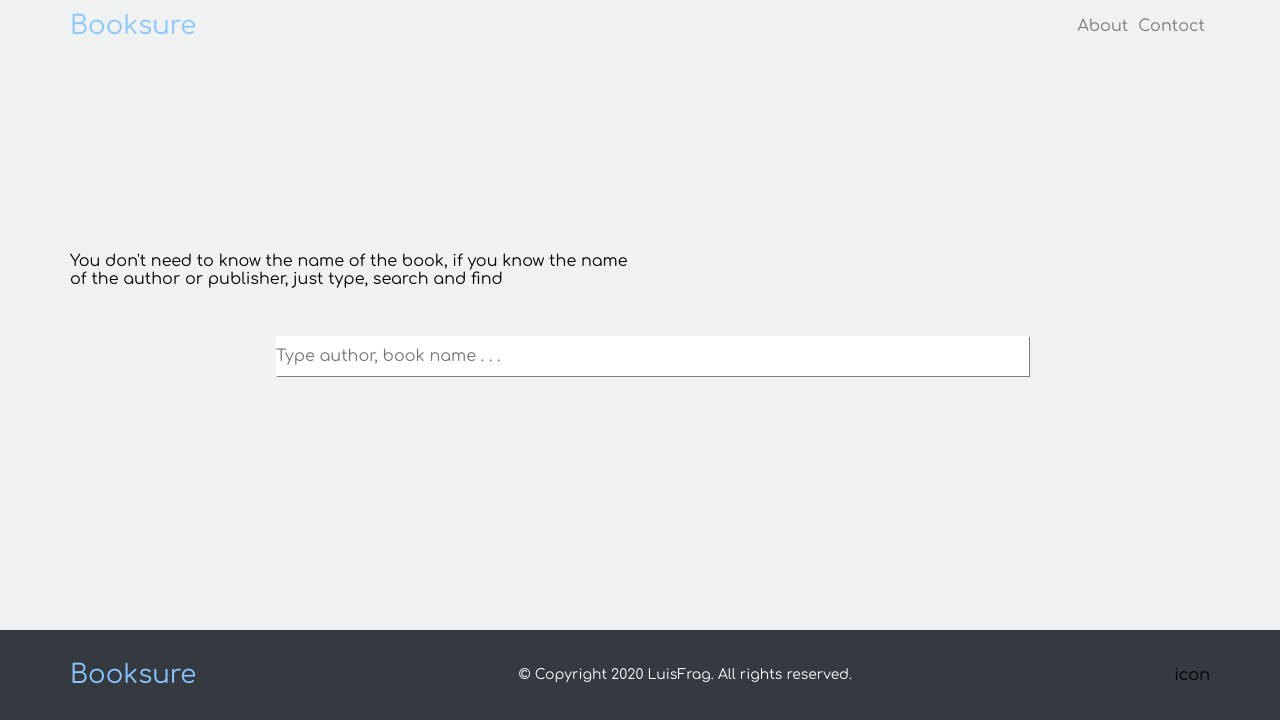
Repository: changesxxx/searchBooks
Page: /search
The author's editor kept a copy of each file at every save. The page is drawn from the files as they stood at one save, then again after the next save.
The browser window is 1280 px wide. The pictures show the whole page.
The project was rebuilt for these pictures with package versions that can differ from the ones it lists, and the page was loaded fresh each time. Also part of the build but not shown: craco.config.js.

Above is the page before, as saved 2024-06-24 17:52:23.

### public/index.html
<!DOCTYPE html>
<html lang="en">

<head>
  <meta charset="utf-8" />
  <link rel="icon" href="%PUBLIC_URL%/favicon.ico" />
  <meta name="viewport" content="width=device-width, initial-scale=1" />
  <meta name="theme-color" content="#000000" />
  <meta name="description" content="Web site created using create-react-app" />
  <link rel="apple-touch-icon" href="%PUBLIC_URL%/logo192.png" />
  <!--
      manifest.json provides metadata used when your web app is installed on a
      user's mobile device or desktop. See https://developers.google.com/web/fundamentals/web-app-manifest/
    -->
  <link rel="manifest" href="%PUBLIC_URL%/manifest.json" />
  <!--
      Notice the use of %PUBLIC_URL% in the tags above.
      It will be replaced with the URL of the `public` folder during the build.
      Only files inside the `public` folder can be referenced from the HTML.

      Unlike "/favicon.ico" or "favicon.ico", "%PUBLIC_URL%/favicon.ico" will
      work correctly both with client-side routing and a non-root public URL.
      Learn how to configure a non-root public URL by running `npm run build`.
    -->
  <title>SearchBooks</title>
</head>

<body>
  <noscript>You need to enable JavaScript to run this app.</noscript>
  <div id="root"></div>
  <!--
      This HTML file is a template.
      If you open it directly in the browser, you will see an empty page.

      You can add webfonts, meta tags, or analytics to this file.
      The build step will place the bundled scripts into the <body> tag.

      To begin the development, run `npm start` or `yarn start`.
      To create a production bundle, use `npm run build` or `yarn build`.
    -->
</body>

</html>

### src/index.js
import React from 'react'

import ReactDOM from 'react-dom/client'

//router
import { BrowserRouter } from 'react-router-dom'

//css重置
import 'normalize.css'
import '@/assets/css/index.css'

import App from './App.jsx'

const root = ReactDOM.createRoot(document.getElementById('root'))

root.render(
  <BrowserRouter>
    <App />
  </BrowserRouter>,
)

### src/assets/css/index.css
@import './reset.css';
@import './common.css';

### src/App.jsx
import React, { memo, useEffect, useState, Suspense } from 'react'
import { useRoutes, useLocation } from 'react-router-dom'
import routes from '@/router'

import PageHeader from './components/pageHeader/PageHeader'
import PageFooter from './components/pageFooter/PageFooter'

const App = memo(() => {
  const [flag, setFlag] = useState(true)

  const location = useLocation()

  useEffect(() => {
    const isExistence = routes.some((route) => location.pathname === route.path)
    setFlag(isExistence)
  }, [location])

  return (
    <Suspense>
      <div
        style={{ display: 'flex', flexDirection: 'column', height: '100vh' }}
      >
        {flag && <PageHeader></PageHeader>}
        {useRoutes(routes)}
        {flag && <PageFooter></PageFooter>}
      </div>
    </Suspense>
  )
})

export default App

### src/assets/css/reset.css
/* 样式的重置 */
body,
html,
h1,
h2,
h3,
h4,
h5,
h6,
ul,
ol,
li,
dl,
dt,
dd,
header,
menu,
section,
p,
input,
td,
th,
ins {
  padding: 0;
  margin: 0;
}

ul,
ol,
li {
  list-style: none;
}

a {
  text-decoration: none;
  color: #666;
}

a:hover {
  color: #666;
  text-decoration: underline;
}

i,
em {
  font-style: normal;
}

input,
textarea,
button,
select,
a {
  outline: none;
  border: none;
}

table {
  border-collapse: collapse;
  border-spacing: 0;
}

img {
  border: none;
  vertical-align: middle;
}

### src/assets/css/common.css
body {
  background-color: #eff2f1;
  font-family: Comfortaa-Regular;
}

@font-face {
  font-family: Comfoorta-Bold;
  src: url('../font/Comfortaa-Bold.ttf');
}

@font-face {
  font-family: Comfortaa-Regular;
  src: url('../font/Comfortaa-Regular.ttf');
}

@font-face {
  font-family: Comfortaa-Light;
  src: url('../font/Comfortaa-Light.ttf');
}

.content_mid {
  width: 1140px;
  margin: 0 auto;
}

### src/router/index.js
import React from 'react'
import { Navigate } from 'react-router-dom'

//组件
const Home = React.lazy(() => import('@/view/home/Home'))
const Search = React.lazy(() => import('@/view/search/Search'))
const Error = React.lazy(() => import('@/view/error/Error'))

const routes = [
  {
    path: '/',
    element: <Navigate to="/home"></Navigate>,
  },
  {
    path: '/home',
    element: <Home />,
  },
  {
    path: '/search',
    element: <Search />,
  },
  {
    path: '*',
    element: <Error />,
  },
]

export default routes

### src/components/pageHeader/PageHeader.jsx
import React, { memo } from 'react'

import { useNavigate } from 'react-router-dom'

import HeaderWrapper from './style'

const PageHeader = memo(() => {
  const navigate = useNavigate()

  function goHome() {
    navigate('/home')
  }

  return (
    <HeaderWrapper className="content_mid">
      <div
        className="title"
        onClick={() => {
          goHome()
        }}
        style={{ cursor: 'pointer' }}
      >
        Booksure
      </div>
      <div className="other">
        <div className="item">About</div>
        <div className="item">Contoct</div>
      </div>
    </HeaderWrapper>
  )
})

export default PageHeader

### src/components/pageFooter/PageFooter.jsx
import React, { memo } from 'react'

import FooterWrapper from './style'

const PageFooter = memo(() => {
  return (
    <FooterWrapper>
      <div className="content_mid content ">
        <div className="title">Booksure</div>
        <div className="text">
          © Copyright 2020 LuisFrag. All rights reserved.
        </div>
        <div className="icon">icon</div>
      </div>
    </FooterWrapper>
  )
})

export default PageFooter

### src/view/search/Search.jsx
import React, { memo } from 'react'

import SearchWrapper from './style'

const Search = memo(() => {
  return (
    <SearchWrapper className="content_mid">
      <div className="describe">
        <div>
          You don't need to know the name of the book, if you know the name of
          the author or publisher, just type, search and find
        </div>
        <div></div>
      </div>

      <div className="input">
        <input
          className="search-input"
          type="text"
          placeholder="Type author, book name . . ."
        />
      </div>
    </SearchWrapper>
  )
})

export default Search

### src/components/pageHeader/style.js
import { styled } from 'styled-components'

const HeaderWrapper = styled.div`
  display: flex;
  justify-content: space-between;
  height: 40px;
  margin-top: 6px;
  padding: 0 15px;

  .title {
    display: flex;
    height: 100%;
    align-items: center;

    font-size: 26px;
    color: #89c6ff;
  }

  .other {
    display: flex;
    height: 100%;

    align-items: center;

    .item {
      margin: 0 5px;
      color: rgba(0, 0, 0, 0.5);
    }
  }
`
export default HeaderWrapper

### src/components/pageFooter/style.js
import { styled } from 'styled-components'

const FooterWrapper = styled.div`
  height: 90px;
  background-color: #343a40;

  .content {
    display: flex;
    height: 100%;
    justify-content: space-between;

    align-items: center;

    .title {
      font-size: 26px;
      color: #89c6ff;
    }

    .text {
      font-size: 14px;
      color: #fff;
    }
  }
`

export default FooterWrapper

### src/view/search/style.js
import { styled } from 'styled-components'

const searchWrapper = styled.div`
  flex: 1;
  display: flex;
  flex-direction: column;
  justify-content: center;

  .describe {
    display: flex;

    div {
      flex: 1;
    }
  }

  .input {
    padding: 48px 16px;
    text-align: center;

    .search-input {
      display: block;

      width: 68%;
      height: 40px;
      margin: 0 190px;

      box-shadow: 1px 1px #7e7e7e;
    }
  }
`

export default searchWrapper

After the next save:
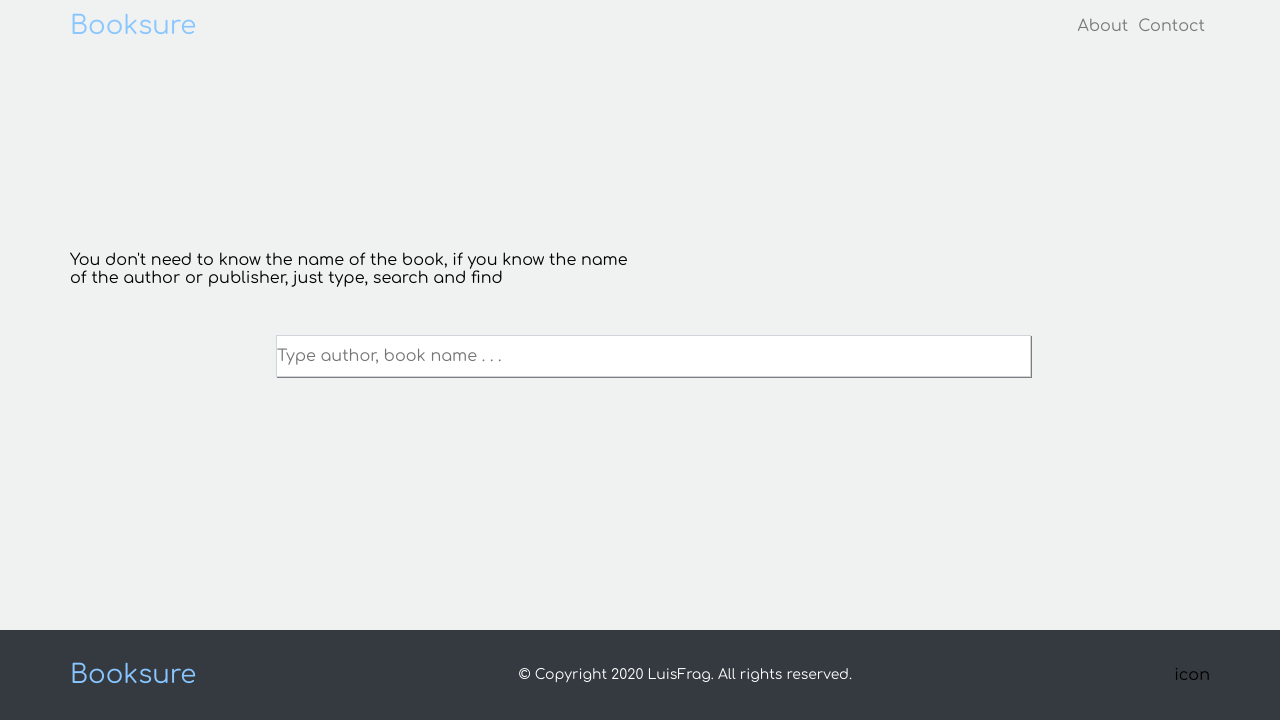
Saved 33 s later.
--- a/src/view/search/style.js
+++ b/src/view/search/style.js
@@ -26,6 +26,7 @@ const searchWrapper = styled.div`
       margin: 0 190px;
 
       box-shadow: 1px 1px #7e7e7e;
+      border: 1px solid #ced4da;
     }
   }
 `
